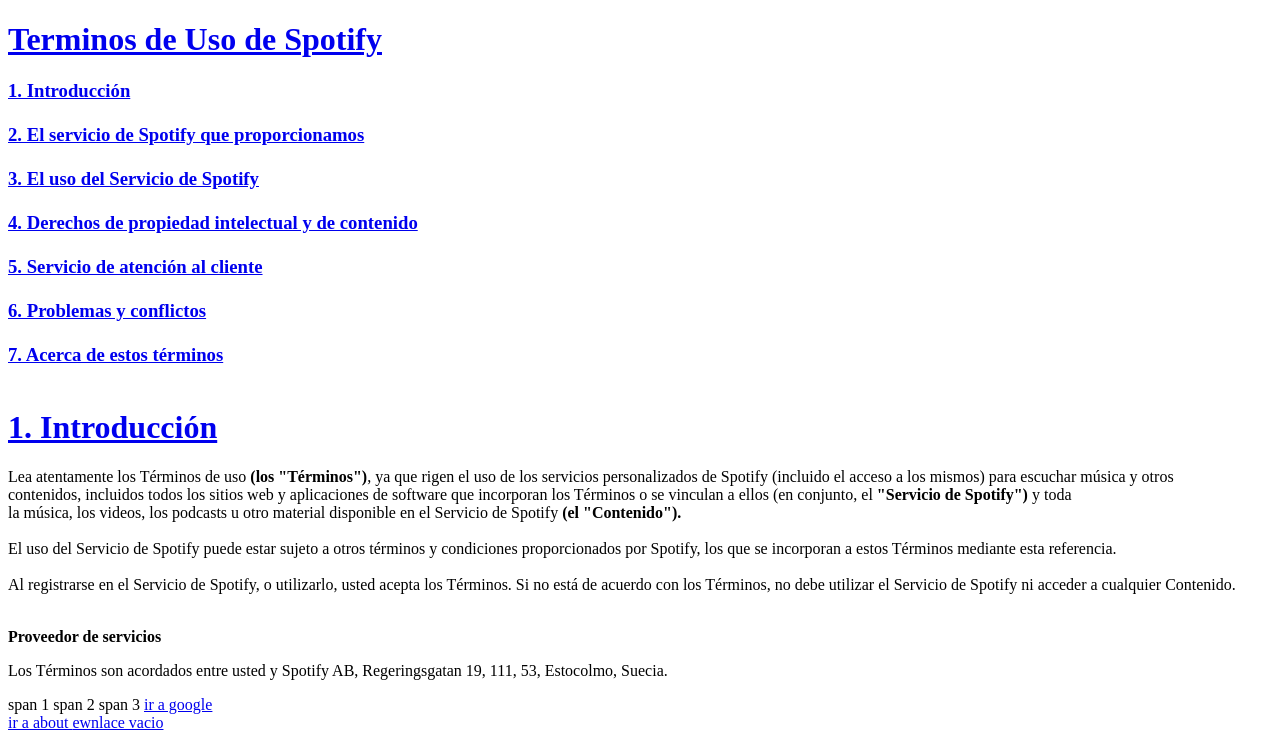
Repository: Devbenitez/Gen_30
Page: Gen_30/maquetado/index.html
The author's editor kept a copy of each file at every save. The page is drawn from the files as they stood at one save, then again after the next save.
The browser window is 1280 px wide. The pictures show the whole page.

Above is the page before, as saved 2023-10-31 04:27:08.

### Gen_30/maquetado/index.html
<!DOCTYPE html>
<!-- especificamos el lenguage con el que trabaja nuestra pagina -->
<html lang="es">
  <head>
    <meta charset="UTF-8" />
    <meta name="description" content="Primera pagina del modulo de Maquetado" />
    <meta name="author" content="Daniel Benitez" />
    <title>Maquetado - clase 1</title>
  </head>
  <body>
    <!-- etiquetas contededores -->
    <!-- <div>asdasdasd</div>
    <section>dasdasdasd</section>
    <article>asdasd</article>
    <main>
-->
    <main>
      <!--  etiquetas de texto -->
      <h1>
        <a href="#1. Introducción"> Terminos de Uso de Spotify</a></h1>

      <h3>
        <a href="#1. Introducción">1. Introducción</a>
        <br />
        <br />
        <a href="#2. El servicio de Spotify que proporcionamos">2. El servicio de Spotify que proporcionamos</a>
        <br />
        <br />
        <a href="#3. El uso del Servicio de Spotify">3. El uso del Servicio de Spotify</a>
        <br />
        <br />
        <a href="#4. Derechos de propiedad intelectual y de contenido">4. Derechos de propiedad intelectual y de contenido</a>
        <br />
        <br />
        <a href="#5. Servicio de atención al cliente">5. Servicio de atención al cliente</a>
        <br />
        <br />
        <a href="#6. Problemas y conflictos">6. Problemas y conflictos</a>
        <br />
        <br />
        <a href="#7. Acerca de estos términos">7. Acerca de estos términos</a>
        <br />
        <br />
      </h3>
      <h1>
        <a href="#"> 1. Introducción</a></h1>
        <section id="#1. Introducción"> </section>
        <section id="#2. El servicio de Spotify que proporcionamos"> </section>
        <section id="#3. El uso del Servicio de Spotify"> </section>
        <section id="#4. Derechos de propiedad intelectual y de contenido"> </section>
        <section id="#5. Servicio de atención al cliente"> </section>
        <section id="#6. Problemas y conflictos"> </section>
        <section id="#7. Acerca de estos términos"> </section>



      <!-- parrafos -->
      <p>
        Lea atentamente los Términos de uso <b>(los "Términos")</b>, ya que rigen el uso de los servicios personalizados de Spotify (incluido el acceso a los mismos) para escuchar música y otros <br />
         contenidos, incluidos todos los sitios web y aplicaciones de software que incorporan los Términos o se vinculan a ellos (en conjunto, el <b>"Servicio de Spotify")</b> y toda <br />
          la música, los videos, los podcasts u otro material disponible en el Servicio de Spotify <b>(el "Contenido").</b><br /><br />
          El uso del Servicio de Spotify puede estar sujeto a otros términos y condiciones proporcionados por Spotify, los que se incorporan a estos Términos mediante esta referencia.
          <br /><br />
          Al registrarse en el Servicio de Spotify, o utilizarlo, usted acepta los Términos. Si no está de acuerdo con los Términos, no debe utilizar el Servicio de Spotify ni acceder a cualquier Contenido.
          <br /><br />
      </p>
      <p><b>Proveedor de servicios</b></p>
      <p>Los Términos son acordados entre usted y Spotify AB, Regeringsgatan 19, 111, 53, Estocolmo, Suecia.</p>
      <!-- spans -->
      <span> span 1 </span>
      <span> span 2 </span>
      <span> span 3</span>
      <!-- enlaces -->
      <a href="https://www.google.com/" target="_blank"> ir a google </a>
      <br />
      <a href="./pages/about.html"> ir a about </a>
      <a href="#"> ewnlace vacio </a>
      <!-- imagenes
            .jpg | .jpeg
            .png
            .gif
            .svg
            .webp
     -->
        </main>
  </body>
</html>

After the next save:
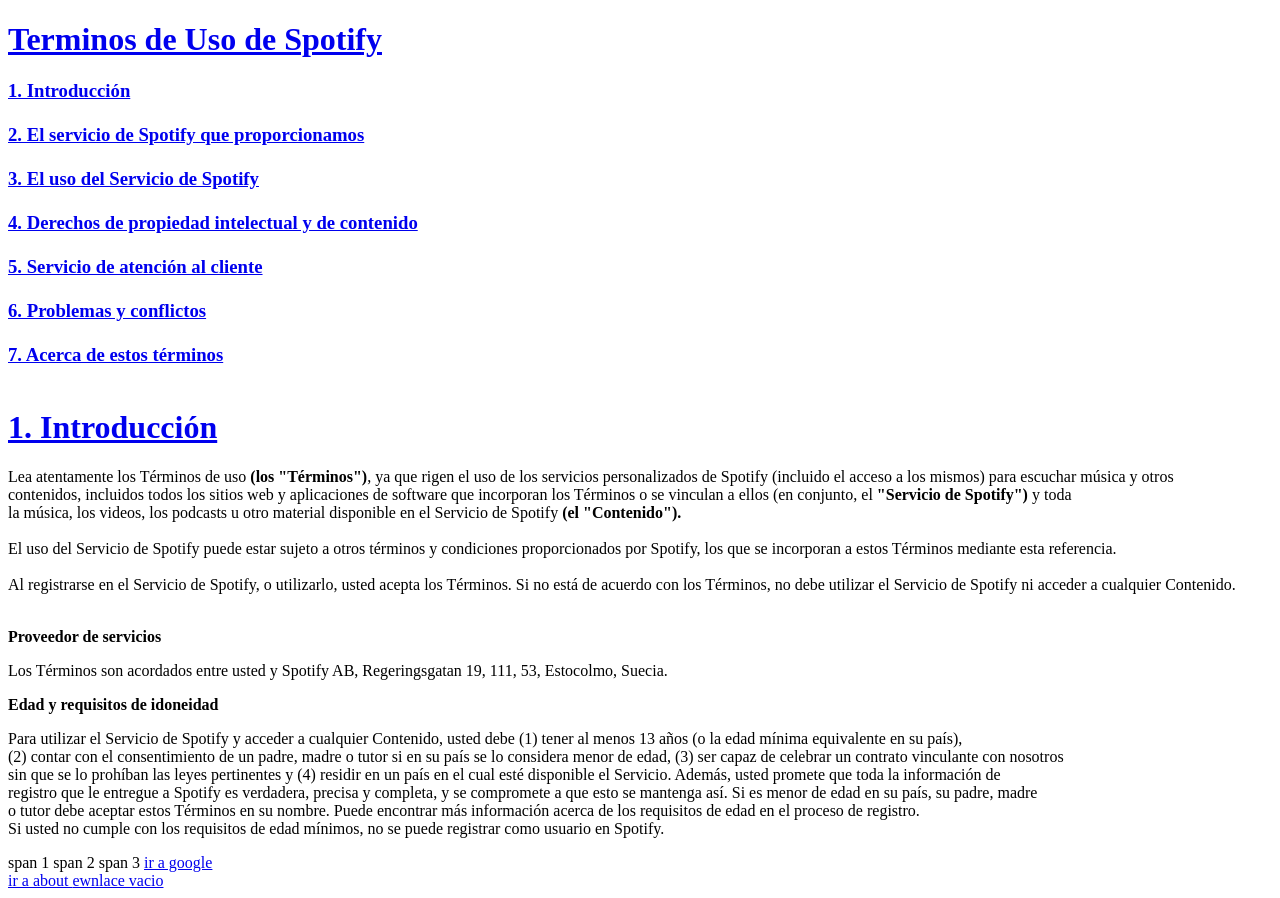
Saved 5 min 30 s later.
--- a/Gen_30/maquetado/index.html
+++ b/Gen_30/maquetado/index.html
@@ -66,6 +66,16 @@
       </p>
       <p><b>Proveedor de servicios</b></p>
       <p>Los Términos son acordados entre usted y Spotify AB, Regeringsgatan 19, 111, 53, Estocolmo, Suecia.</p>
+      <p><b>Edad y requisitos de idoneidad</b></p>
+      <p>
+        Para utilizar el Servicio de Spotify y acceder a cualquier Contenido, usted debe (1) tener al menos 13 años (o la edad mínima equivalente en su país),<br />
+        (2) contar con el consentimiento de un padre, madre o tutor si en su país se lo considera menor de edad, (3) ser capaz de celebrar un contrato vinculante con nosotros<br />
+        sin que se lo prohíban las leyes pertinentes y (4) residir en un país en el cual esté disponible el Servicio. Además, usted promete que toda la información de<br />
+        registro que le entregue a Spotify es verdadera, precisa y completa, y se compromete a que esto se mantenga así. Si es menor de edad en su país, su padre, madre<br />
+        o tutor debe aceptar estos Términos en su nombre. Puede encontrar más información acerca de los requisitos de edad en el proceso de registro.<br />
+        Si usted no cumple con los requisitos de edad mínimos, no se puede registrar como usuario en Spotify.
+      </p>
+
       <!-- spans -->
       <span> span 1 </span>
       <span> span 2 </span>
